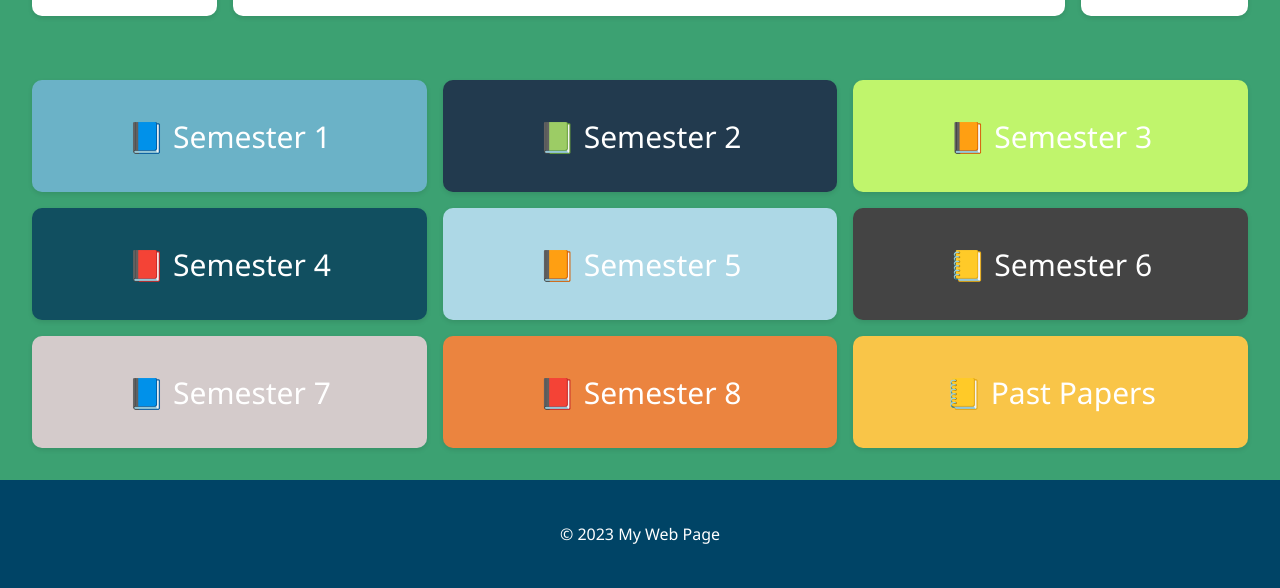
Repository: MariamSawera/eduNova
Page: index.html
These files come from the project's save history. The page is drawn as it stood at one moment and after the next save; the edit follows.
The browser window is 1280 px wide. The pictures show the part of the page from y = 1042 to 1630 px (the page is 1630 px tall).

Above is the page before, as saved 2025-07-21 20:31:41.

### index.html
<html>
<head>
    <title>My Web Page</title>
    <meta charset="UTF-8">
    <meta name="viewport" content="width=device-width, initial-scale=1.0">
    <link rel="stylesheet" href="styles.css">
    <script src="script.js"></script>

</head>
<body>
  <nav>
    <div class="logo">ClassHub</div>
    <ul>
      <li><a href="index.html">Home</a></li>
      <!-- <li><a href="#">Semesters</a></li> -->
      <li><a href="#">Subjects</a></li>
      <li><a href="#">Books</a></li>
      <li><a href="#">Resources</a></li>
      <li><a href="#">Assignments</a></li>
      <li><a href="#">Events</a></li>
      <li><a href="#">Contact</a></li>
      <!-- <li><a href="#">Announcements</a></li> -->
      <li><a href="#">Login</a></li>
    </ul>
  </nav>

  <!-- Hero Section -->
  <div class="hero">
    <h1 id="welcome">Hello, Guest 👋</h1>
    <input type="text" id="nameInput" placeholder="Enter your name" oninput="updateName()" />
  </div>

  <!-- Dashboard Section -->
  <div class="dashboard" style="background-color: #3CA172;">
    <!-- Announcements -->
    <div class="card">
      <h3>📢 Announcements</h3>
      <ul>
        <li>Assignment Web development due 31 July</li>
        <li>Classes starting from 15 Aug</li>
        <li>Movie Day at University Oct 15</li>
      </ul>
    </div>

    <!-- Calendar -->
    <div class="card">
      <h3>📅 Calendar</h3>
      <p>All the events and updates have been marked in calender.</p>
      <iframe src="https://calendar.google.com/calendar/embed?src=onlinelearningrecordings%40gmail.com&ctz=Asia%2FKarachi" style="border: 0" width="800" height="600" frameborder="0" scrolling="no"></iframe>    </div>

    <!-- Online Users -->
    <div class="card">
      <h3>🟢 Online Users</h3>
      <ul>
        <li>Mariam</li>
        <li>Sidra</li>
        <li>Alishba</li>
      </ul>
    </div>
  </div>

  <!-- Quick Material Access -->
  <div class="quick-links" style="background-color: #3CA172;">
    <div class="link-card"  style="background-color: #77b7dbce;"><a href="firstsemester.html">📘 Semester 1</a></div>
    <div class="link-card" style="background-color: #223A4E;"><a href="">📗 Semester 2</a></div>
    <div class="link-card" style="background-color:  rgb(192, 245, 108);"><a href="">📙 Semester 3</a></div>
    <div class="link-card" style="background-color: #114F60;"><a href="">📕 Semester 4</a></div>
    <div class="link-card" style="background-color: lightblue;"><a href="">📙 Semester 5</a></div>
    <div class="link-card" style="background-color: #444444"><a href="">📒 Semester 6</a></div>
    <div class="link-card" style="background-color: #d4cbcb;"><a href="">📘 Semester 7</a></div>
    <div class="link-card" style="background-color: #eb843f;"><a href="">📕 Semester 8</a></div>
    <div class="link-card" style="background-color: #F9C548;"><a href="">📒 Past Papers</a></div>
    <!-- <div class="link-card" style="background-color: #3CA172;"><a href="">🔗 Important Links</a></div> -->
  </div>



    </body>

    <footer class="footer">
        <p>&copy; 2023 My Web Page</p>
    </footer>
</html>

### styles.css
    body {
      margin: 0;
      font-family: 'Segoe UI', sans-serif;
      background: #f2f2f2;
        /* background-color: #B3DDF0; */

    }

    nav {
      background-color: #004466;
      color: white;
      padding: 1rem;
      display: flex;
      justify-content: space-between;
      align-items: center;
    }

    nav .logo {
      font-size: 1.5rem;
      font-weight: bold;
    }

    a {
        text-decoration: none;
        color: inherit;
    }
    nav ul {
      list-style: none;
      display: flex;
      gap: 1rem;
    }

    nav ul li {
      display: inline;
    }

    nav ul li a {
      color: white;
      text-decoration: none;
    }


    .hero {
      /* background: linear-gradient(to right, #00aaff, #00ffcc); */
      background-image: url('./images/okokook.jpg');
      background-position: center;
      color: white;
      padding: 2rem;
      text-align: center;
      height: 20vh;
    }


    .hero input {
      padding: 0.5rem;
      border: none;
      border-radius: 5px;
      margin-top: 1rem;
      width: 200px;
    }

    .dashboard {
      display: grid;
      grid-template-columns: 1fr 1fr 1fr;
      gap: 1rem;
      padding: 2rem;
    }

    .card {
      background: white;
      padding: 1rem;
      border-radius: 10px;
      box-shadow: 0 2px 5px rgba(0,0,0,0.1);
    }

    .quick-links {
      padding: 2rem;
      display: grid;
      grid-template-columns: repeat(3, minmax(150px, 1fr));
      gap: 1rem;
    }

    .link-card{
      display: flex;
      justify-content: center;
      align-items: center;
      font-size: 30px;
      color: white;


    }

    .quick-links .link-card {
      background: white;
      text-align: center;
      padding: 1rem;
      border-radius: 10px;
      box-shadow: 0 2px 5px rgba(0,0,0,0.1);
      height: 80px;
    }

    .footer{
      background-color: #004466;
      display: flex;
      justify-content: center;
      align-items: center;
      color: white;
      height: 15vh;
    }

### script.js
function updateName() {
      const name = document.getElementById('nameInput').value;
      const welcome = document.getElementById('welcome');
      if(name.trim()) {
        welcome.textContent = `Hello, ${name}! 👋`;
      } else {
        welcome.textContent = `Hello, Guest 👋`;
      }
    }

After the next save:
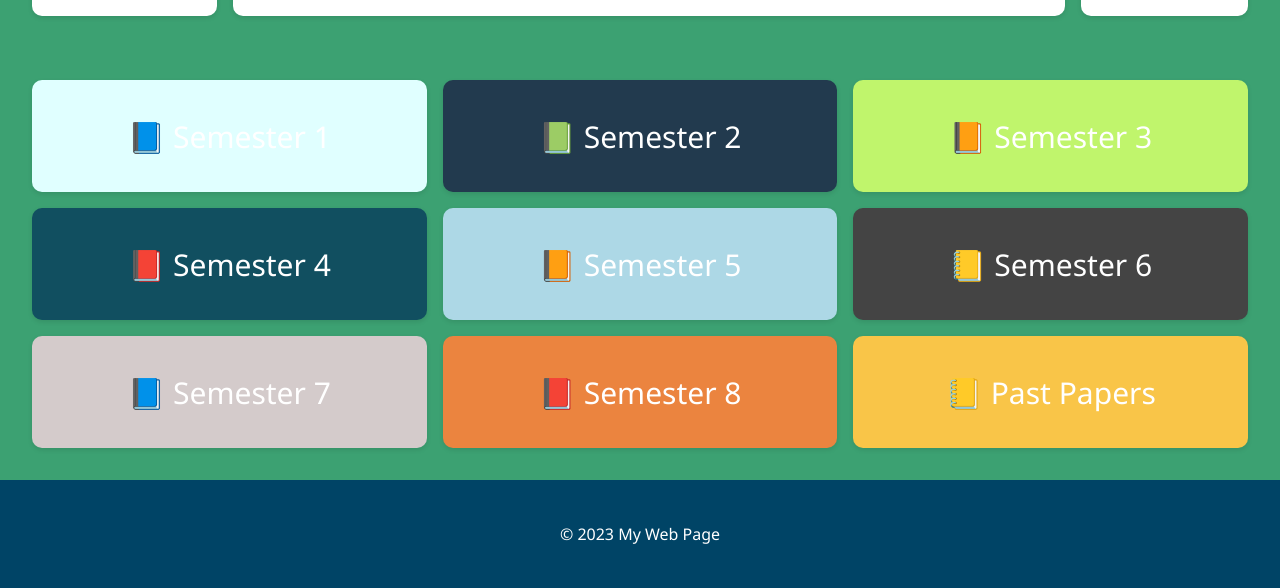
Saved 74 s later.
--- a/index.html
+++ b/index.html
@@ -61,7 +61,7 @@
 
   <!-- Quick Material Access -->
   <div class="quick-links" style="background-color: #3CA172;">
-    <div class="link-card"  style="background-color: #77b7dbce;"><a href="firstsemester.html">📘 Semester 1</a></div>
+    <div class="link-card"  style="background-color: #E0FFFF;"><a href="firstsemester.html">📘 Semester 1</a></div>
     <div class="link-card" style="background-color: #223A4E;"><a href="">📗 Semester 2</a></div>
     <div class="link-card" style="background-color:  rgb(192, 245, 108);"><a href="">📙 Semester 3</a></div>
     <div class="link-card" style="background-color: #114F60;"><a href="">📕 Semester 4</a></div>
